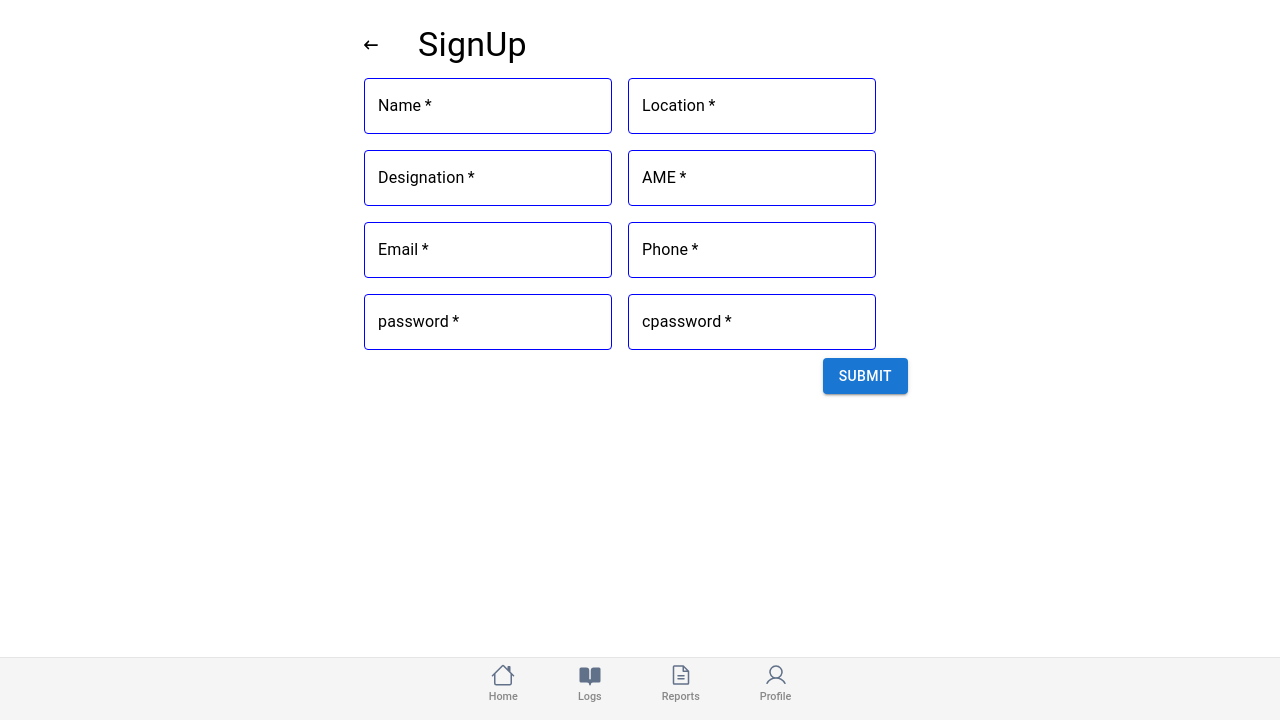
Repository: shash0708/GMR-Lines
Page: /signup (app in frontend/)
These files come from the project's save history. The page is drawn as it stood at one moment and after a run of saves; the edit follows.
The browser window is 1280 px wide. The pictures show the whole page.
The page's requests for data from a server got no answer. Some web libraries are served in a nearby version. The project was rebuilt for these pictures with package versions that can differ from the ones it lists, and the page was loaded fresh each time. No one was signed in, and anything a server would have sent is missing. Also part of the build but not shown: frontend/src/components/Home/Car.css, frontend/src/components/Home/Car.jsx, frontend/src/components/hooks/useDocumentTitle.js, frontend/src/components/Home/Home.css, frontend/src/components/Home/Home.component.jsx, frontend/src/components/Form/Form.component.jsx, frontend/src/components/Profile/Profile.jsx, frontend/src/components/Card/Card.jsx and 11 more.

Above is the page before, as saved 2024-10-20 14:53:59.

After the next 2 saves:
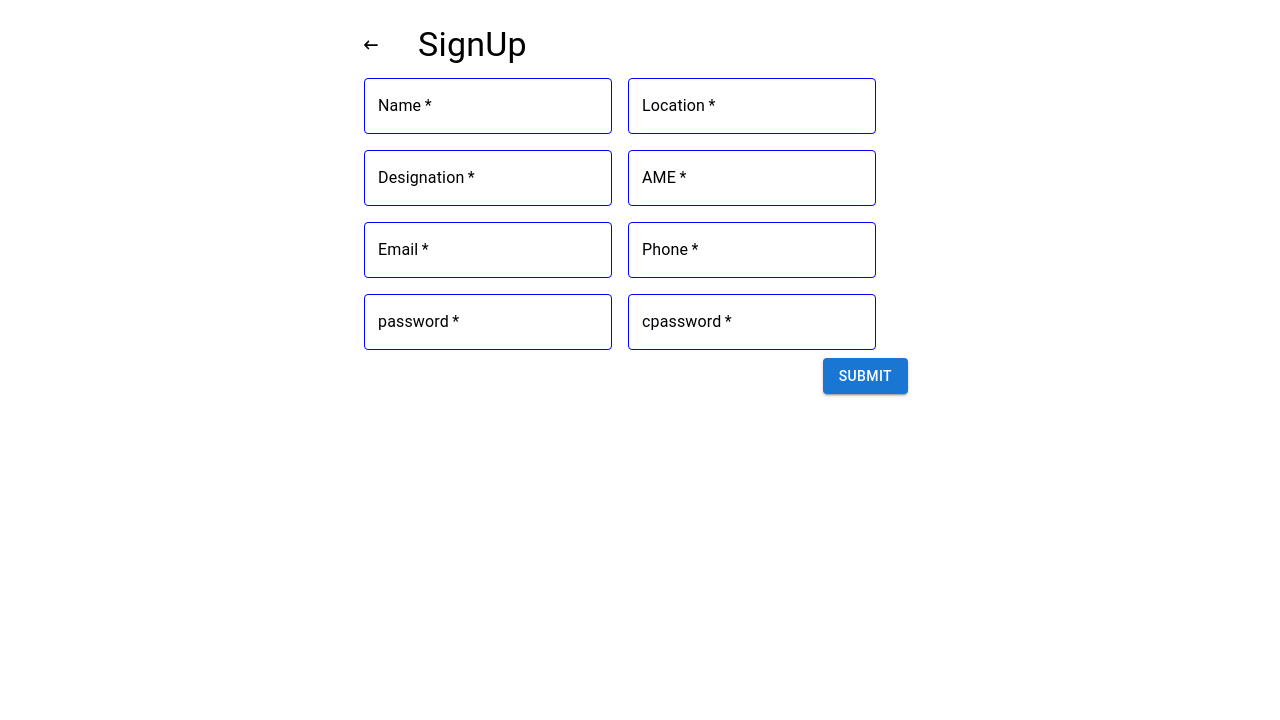
The 2 saves are shown as one change because they came seconds apart.
The last was saved 44 s later.
--- a/frontend/src/App.js
+++ b/frontend/src/App.js
@@ -48,7 +48,7 @@ const Content = () => {
 
   useEffect(() => {
     // Hide the footer for specific paths
-    const hideFooterPaths = ["/form", "/log"];
+    const hideFooterPaths = ["/form", "/log","/signup"];
 
     // Check if the current path matches any path where the footer should be hidden
     const shouldShowFooter = !hideFooterPaths.some((path) =>
